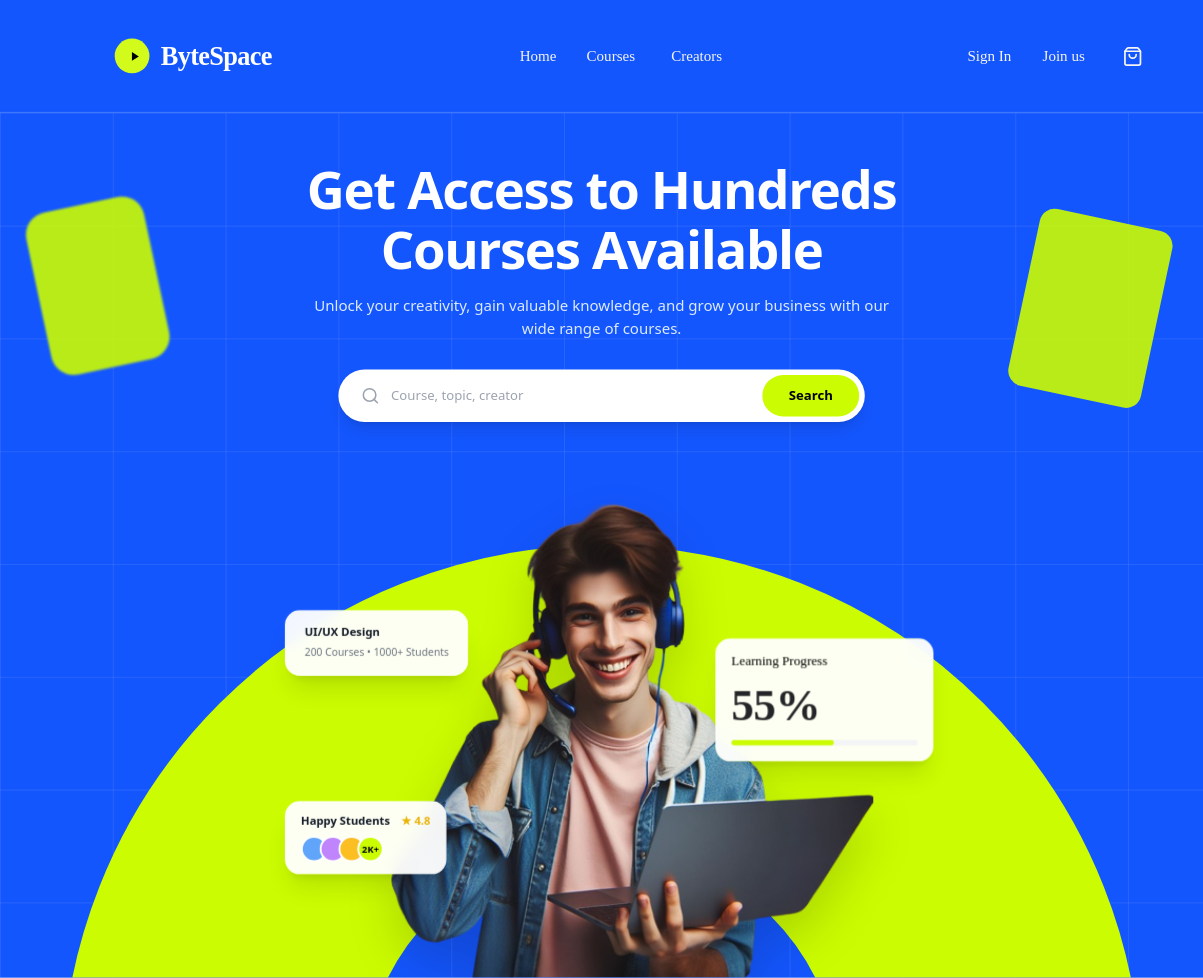
Repository: mdkawsarjomadder/bytespace
Page: /
These files come from the project's save history. The page is drawn as it stood at one moment and after the next save; the edit follows.
The browser window is 1280 px wide. The pictures show the whole page, at 94% of full size.
Some web fonts or font styles are not loaded; a fallback is used. The project was rebuilt for these pictures with package versions that can differ from the ones it lists, and the page was loaded fresh each time. Also part of the build but not shown: vite.config.js.

Above is the page before, as saved 2026-09-29 18:49:41.

### index.html
<!doctype html>
<html lang="en">
  <head>
    <meta charset="UTF-8" />
    <link rel="icon" type="image/svg+xml" href="/favicon.svg" />
    <meta name="viewport" content="width=device-width, initial-scale=1.0" />
    <title>bytespace</title>
  </head>
  <body>
    <div id="root"></div>
    <script type="module" src="/src/main.jsx"></script>
    <link href="https://api.fontshare.com/v2/css?f[]=satoshi@400,500,700&display=swap" rel="stylesheet">
  </body>
</html>

### src/App.jsx
import React from 'react';
import Navbar from './components/Navbar';
import Hero from './components/Hero';

function App() {
  return (
    <div className="min-h-screen bg-gray-50 font-sans">
      <Navbar />
      <Hero />
    </div>
  );
}

export default App;

### src/components/Navbar.jsx
import React from 'react';
import { ShoppingBag } from 'lucide-react';

const Navbar = () => {
  return (
    <header className="w-full h-[120px] bg-[#1456fd] border-b border-blue-400/20 pl-[122px] pr-16 flex items-center justify-between relative z-50">
      {/* 1. Brand Logo (Figma Specs: 171px x 37px) */}
      <div
        className="w-[171px] h-[37px] flex items-center gap-3 cursor-pointer select-none"
        style={{ opacity: 1 }}
      >
        {/* Play Icon Logo */}
        <div className="w-[37px] h-[37px] rounded-full bg-[#d2fb1b] flex items-center justify-center shrink-0">
          <svg
            className="w-4 h-4 text-black fill-current translate-x-0.5"
            viewBox="0 0 24 24"
          >
            <path d="M8 5v14l11-7z" />
          </svg>
        </div>
        {/* Logo Text */}
        <span className="text-[28px] font-bold tracking-tight text-white leading-none font-['Satoshi']">
          ByteSpace
        </span>
      </div>

      {/* 2. Navigation Links */}
      <nav className="hidden md:flex items-center gap-8 font-['Satoshi']">
        <a
          href="#home"
          className="text-[#F5F5F6] text-[16px] leading-[160%] font-normal hover:text-[#d2fb1b] transition-colors"
        >
          Home
        </a>
        <a
          href="#courses"
          className="w-[58px] h-[26px] flex items-center text-[#F5F5F6] text-[16px] leading-[160%] font-normal hover:text-[#d2fb1b] transition-colors"
          style={{ opacity: 1 }}
        >
          Courses
        </a>
        <a
          href="#creators"
          className="text-[#F5F5F6] text-[16px] leading-[160%] font-normal hover:text-[#d2fb1b] transition-colors"
        >
          Creators
        </a>
      </nav>

      {/* 3. Action Buttons & Cart */}
      <div className="flex items-center gap-6 font-['Satoshi']">
        <button
          className="w-[49px] h-[24px] flex items-center justify-center text-[#F5F5F6] text-[16px] leading-[24px] font-normal hover:text-white/80 transition-colors"
          style={{ opacity: 1 }}
        >
          Sign In
        </button>
        <button
          className="h-[24px] px-2 flex items-center justify-center text-[#F5F5F6] text-[16px] leading-[24px] font-normal hover:text-white/80 transition-colors"
          style={{ opacity: 1 }}
        >
          Join us
        </button>
        <button className="text-[#F5F5F6] hover:text-[#d2fb1b] transition-colors flex items-center justify-center ml-2">
          <ShoppingBag size={22} strokeWidth={2} />
        </button>
      </div>
    </header>
  );
};

export default Navbar;

### src/components/Hero.jsx
import React from 'react';
import { Search } from 'lucide-react';
import One1 from '../assets/01.png';

const Hero = () => {
  return (
    <section className="relative w-full bg-[#1456fd] overflow-hidden pt-12 pb-0 text-white flex flex-col items-center justify-between min-h-[920px]">
      {/* 1. Background Grid Pattern */}
      <div className="absolute inset-0 bg-[linear-gradient(to_right,#ffffff15_1px,transparent_1px),linear-gradient(to_bottom,#ffffff15_1px,transparent_1px)] bg-[size:120px_120px] pointer-events-none" />

      {/* 2. Ellipse 7 Background Ring */}
      <div
        className="absolute rounded-full pointer-events-none z-0"
        style={{
          width: '1149px',
          height: '1149px',
          top: '460px',
          left: '50%',
          transform: 'translateX(-50%)',
          border: '320px solid #CBFC01',
          boxSizing: 'border-box',
        }}
      />

      {/* 3. Decorative 3D Elements */}
      <div className="absolute left-10 top-24 w-32 h-44 bg-[#CBFC01] rounded-3xl opacity-90 blur-[1px] transform -rotate-12 pointer-events-none hidden lg:block" />
      <div className="absolute right-12 top-28 w-36 h-48 bg-[#CBFC01] rounded-2xl opacity-90 transform rotate-12 pointer-events-none hidden lg:block" />

      {/* 4. Top Area: Title + Subtitle + Search Bar */}
      <div className="relative z-10 w-full max-w-[1200px] mx-auto px-4 flex flex-col items-center text-center">
        <h1 className="text-4xl md:text-[56px] font-bold tracking-tight text-white leading-[1.15] max-w-[900px]">
          Get Access to Hundreds <br /> Courses Available
        </h1>

        <p className="mt-4 text-sm md:text-base text-blue-100 max-w-[650px] font-normal leading-relaxed">
          Unlock your creativity, gain valuable knowledge, and grow your business with our wide range of courses.
        </p>

        {/* Search Bar */}
        <div className="mt-8 w-full max-w-[560px] bg-white rounded-full p-1.5 pl-6 flex items-center shadow-lg justify-between gap-3">
          <div className="flex items-center gap-3 w-full">
            <Search className="w-5 h-5 text-gray-400 shrink-0" />
            <input
              type="text"
              placeholder="Course, topic, creator"
              className="w-full bg-transparent text-gray-800 placeholder-gray-400 focus:outline-none text-sm font-medium"
            />
          </div>
          <button className="bg-[#CBFC01] hover:bg-[#b5e200] text-black font-semibold text-sm px-7 py-3 rounded-full transition-all duration-200 shrink-0 cursor-pointer">
            Search
          </button>
        </div>
      </div>

      {/* 5. Hero Visual Area */}
      <div className="relative w-full max-w-[578px] h-[541px] flex justify-center items-end z-10 mt-auto">

        {/* Main Student Image */}
        <img
          src={One1}
          alt="Student Learning"
          className="w-[578px] h-[541px] object-contain block select-none pointer-events-none drop-shadow-2xl"
        />

        {/* Floating Card: UI/UX Design (Top Left) */}
        <div className="absolute -left-12 top-[150px] z-20 bg-white/95 backdrop-blur text-black p-3.5 px-5 rounded-2xl shadow-xl border border-white/20">
          <span className="text-xs font-bold text-gray-900 block">UI/UX Design</span>
          <span className="text-[11px] text-gray-500 font-medium">200 Courses • 1000+ Students</span>
        </div>

        {/*Learning Progress And 55 */}
        <div className="absolute -right-16 top-[180px] z-20 w-[232px] h-[131px] p-4 rounded-[16px] bg-white/95 backdrop-blur-[20px] shadow-xl flex flex-col justify-between border border-white/20">
          <span className="font-['Satoshi'] font-medium text-[14px] leading-[120%] tracking-[0%] text-black">
            Learning Progress
          </span>

          <span className="w-[96px] h-[58px] font-['Poppins'] font-semibold text-[48px] leading-[120%] tracking-[-0.01em] text-[#242528] flex items-center">
            55%
          </span>

          <div className="w-full bg-gray-100 h-1.5 rounded-full overflow-hidden">
            <div className="bg-[#CBFC01] h-full w-[55%] rounded-full" />
          </div>
        </div>

        {/* Floating Card: Happy Students (Bottom Left) */}
        <div className="absolute -left-12 bottom-[110px] z-20 bg-white/95 backdrop-blur text-black p-3 px-4 rounded-2xl shadow-xl border border-white/25">
          <div className="flex items-center justify-between gap-3 mb-2">
            <span className="text-xs font-bold text-gray-900">Happy Students</span>
            <span className="text-xs font-semibold text-yellow-500">★ 4.8</span>
          </div>
          <div className="flex items-center -space-x-2">
            <div className="w-7 h-7 rounded-full bg-blue-400 border-2 border-white"></div>
            <div className="w-7 h-7 rounded-full bg-purple-400 border-2 border-white"></div>
            <div className="w-7 h-7 rounded-full bg-amber-400 border-2 border-white"></div>
            <div className="w-7 h-7 rounded-full bg-[#CBFC01] border-2 border-white flex items-center justify-center text-[10px] font-bold text-black">
              2K+
            </div>
          </div>
        </div>

      </div>
    </section>
  );
};

export default Hero;

Loaded but not shown: src/main.jsx (common file); src/index.css (common file); tailwind.config.js (common file)

After the next save:
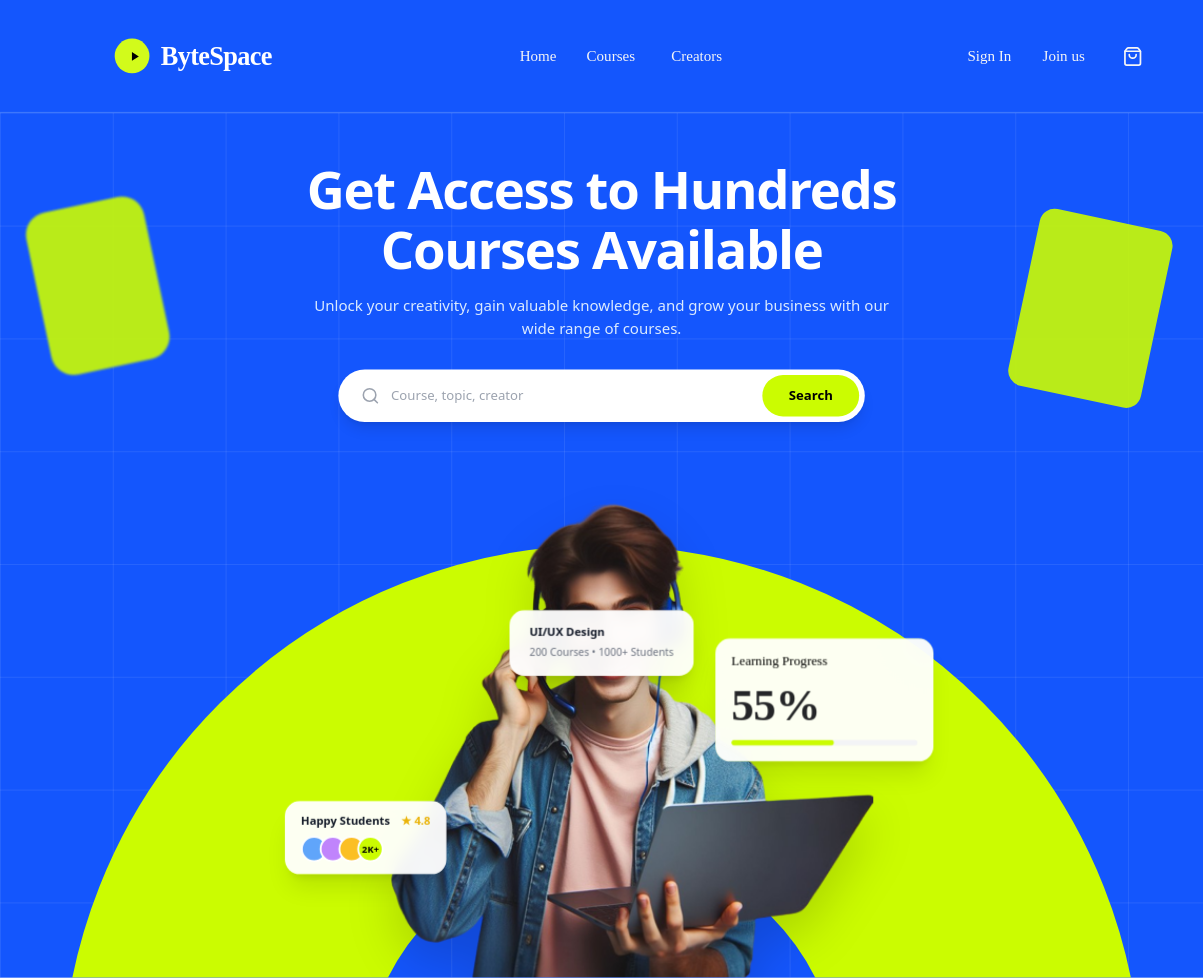
Saved 13 s later.
--- a/src/components/Hero.jsx
+++ b/src/components/Hero.jsx
@@ -63,7 +63,7 @@
         />
 
         {/* Floating Card: UI/UX Design (Top Left) */}
-        <div className="absolute -left-12 top-[150px] z-20 bg-white/95 backdrop-blur text-black p-3.5 px-5 rounded-2xl shadow-xl border border-white/20">
+        <div className="absolute -left-12.5 top-[150px] z-20 bg-white/95 backdrop-blur text-black p-3.5 px-5 rounded-2xl shadow-xl border border-white/20">
           <span className="text-xs font-bold text-gray-900 block">UI/UX Design</span>
           <span className="text-[11px] text-gray-500 font-medium">200 Courses • 1000+ Students</span>
         </div>

After the save that followed:
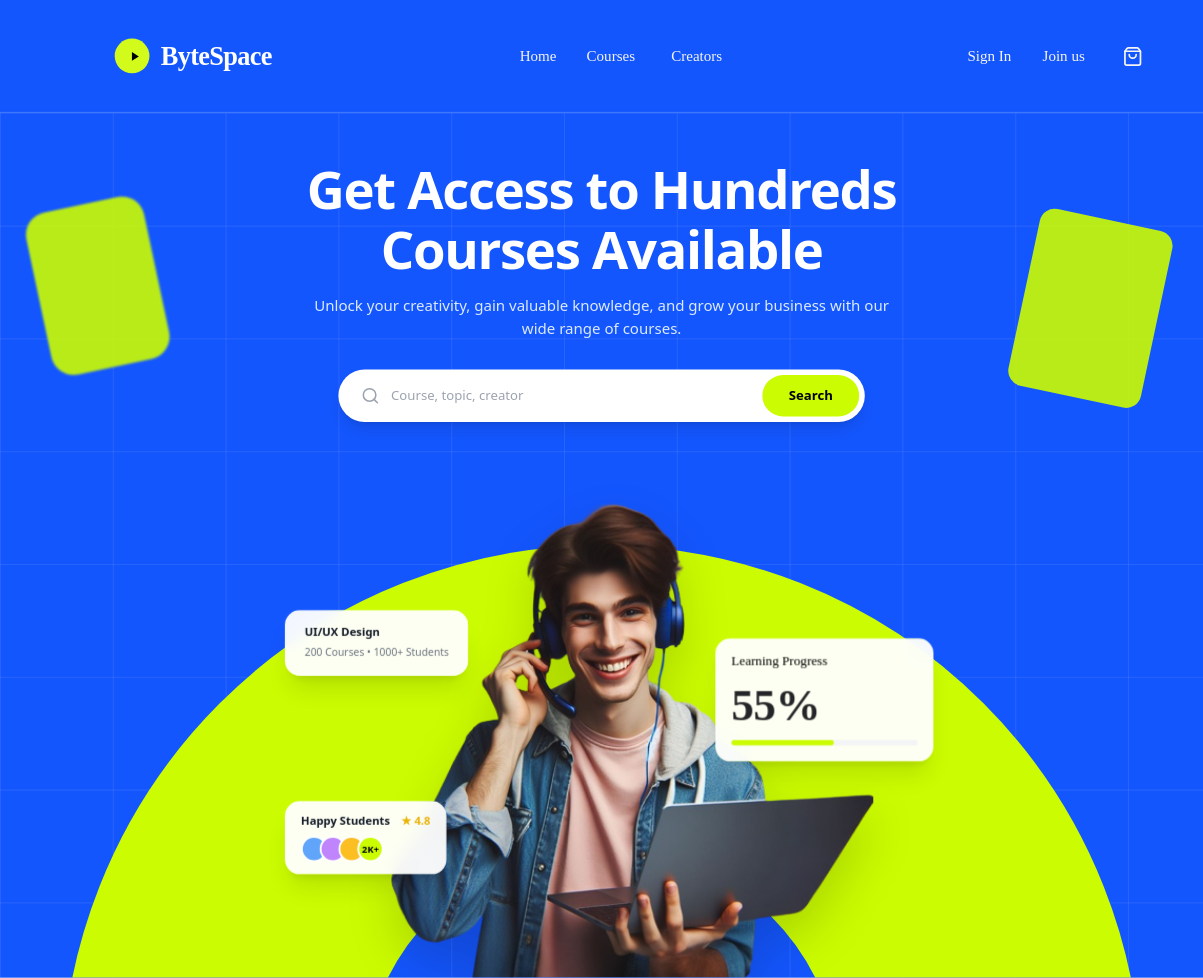
Saved 4 s later.
--- a/src/components/Hero.jsx
+++ b/src/components/Hero.jsx
@@ -63,7 +63,7 @@
         />
 
         {/* Floating Card: UI/UX Design (Top Left) */}
-        <div className="absolute -left-12.5 top-[150px] z-20 bg-white/95 backdrop-blur text-black p-3.5 px-5 rounded-2xl shadow-xl border border-white/20">
+        <div className="absolute -left-12 top-[150px] z-20 bg-white/95 backdrop-blur text-black p-3.5 px-5 rounded-2xl shadow-xl border border-white/20">
           <span className="text-xs font-bold text-gray-900 block">UI/UX Design</span>
           <span className="text-[11px] text-gray-500 font-medium">200 Courses • 1000+ Students</span>
         </div>
